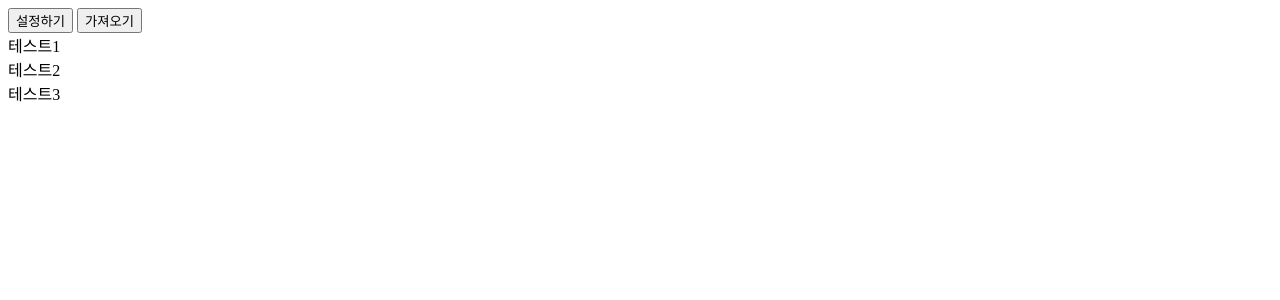
Repository: shouvoo/bitAcademy
Page: work/jsp/06_javascript/WebContent/07_library/test01.html
An editor plug-in stored every save of this project. The page is shown before and after the next save, followed by the edit.
The browser window is 1280 px wide. The pictures show the whole page.

Above is the page before, as saved 2017-11-14 01:51:01.

After the next save:
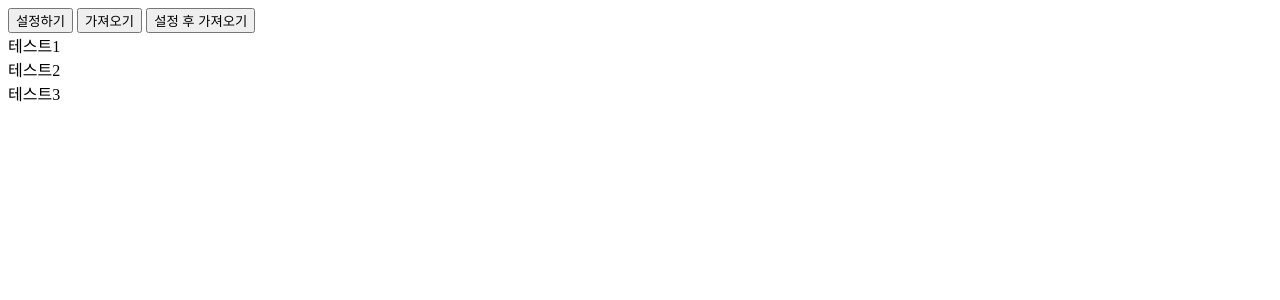
Saved 24 s later.
--- a/work/jsp/06_javascript/WebContent/07_library/test01.html
+++ b/work/jsp/06_javascript/WebContent/07_library/test01.html
@@ -9,6 +9,7 @@
 <body>
 	<button id="btn1">설정하기</button>
 	<button>가져오기</button>
+	<button>설정 후 가져오기</button>
 
 	<div id="a">테스트1</div>
 	<div class="b">테스트2</div>
